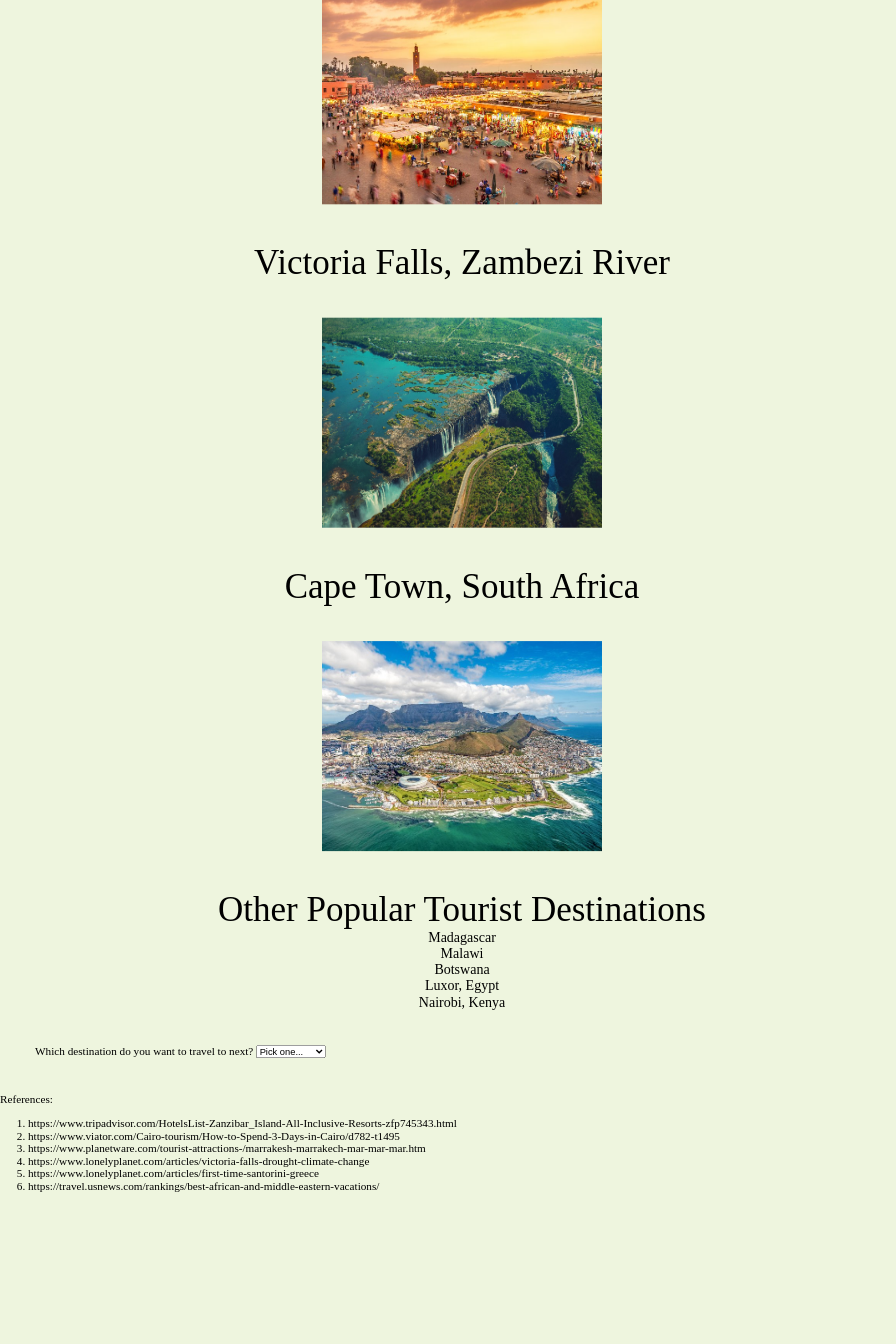
Repository: alharama/StaticWebsite
Page: af_page.html
These files come from the project's save history. The page is drawn as it stood at one moment and after the next save; the edit follows.
The browser window is 1280 px wide. The pictures show the part of the page from y = 1757 to 3677 px (the page is 3677 px tall), at 70% of full size.

Above is the page before, as saved 2021-09-30 00:46:12.

### af_page.html
<!DOCTYPE html>
<html>
<head>

    <link rel = "stylesheet" type="text/css" href="StyleSheet.css">;
    <link rel="icon" href="World.ico">;

    <title> Africa</title>

    <style>


        #af {
            display: block;
            margin-left: auto;
            margin-right: auto;
            margin-top: 30px;
            width: auto;
            height: 300px;

        }
    </style>

</head>

    <header>
        Africa


        <div id="languages">
            <span>Hello</span>
            <span>Bonjour</span>
            <span>Marhabaan</span>
            <span>Zdravstvuyte</span>
            <span>nǐ hǎo</span>
            <span>Salve</span>
            <span>Konnichiwa</span>
            <span>Guten Tag</span>
            <span>Goddag</span>
            <span>Shikamoo</span>
        </div>
    </header>

    <body>

        <nav class="top_nav">
            <ul id="top_nav">
                <li><a href="/index.html">Home</a></li>
                <li><a href="/na_page.html">North America</a></li>
                <li><a href="/sa_page.html">South America</a></li>
                <li><a href="/eu_page.html">Europe</a></li>
                <li><a href="/af_page.html">Africa</a></li>
                <li><a href="/as_page.html">Asia</a></li>
                <li><a href="/au_page.html">Australia</a></li>
                <li><a href="/ant_page.html">Antarctica</a></li>
            </ul>
        </nav>




        <img id="af" src="images/Africa.png" alt="Africa">
        <h1> Top Tourist Destinations in Africa</h1>


        <ul class = "tourist_spots">
            <li> Zanzibar, Tanzania </li>

            <span><img id="dest" src="images/Zanzibar.jpeg" alt="Zanzibar">  </span>
            <li> Cairo, Egypt </li>
            <span><img id = "dest" src="images/Cairo.jpeg" alt="Cairo">  </span>
            <li> Marrakesh, Morocco</li>
            <span><img id = "dest" src="images/Marrakesh.jpeg" alt = "Marrakesh">  </span>
            <li> Victoria Falls, Zambezi River</li>
            <span><img id = "dest" src="images/Victoria.jpeg" alt="Victoria Falls">  </span>
            <li> Cape Town, South Africa</li>
            <span><img id="dest" src="images/CapeTown.jpeg" alt="Cape Town">  </span>

            <div class = "extra_destinations">
                <span id="other_dest_header"> Other Popular Tourist Destinations</span>
                <li>  Madagascar</li>
                <li> Malawi</li>
                <li> Botswana</li>
                <li> Luxor, Egypt</li>
                <li> Nairobi, Kenya</li>
            </div>

        </ul>

        <div id="survey">

            Which destination do you want to travel to next?
            <select>
                <option>Pick one...</option>
                <option>Zanzibar</option>
                <option>Cairo</option>
                <option>Marrakesh</option>
                <option>Victoria Falls</option>
                <option>Cape Town</option>
                <option>Madagascar</option>
                <option>Malawi</option>
            </select>

        </div>

    </body>


    <footer>

        References:

        <ol>
            <li>https://www.tripadvisor.com/HotelsList-Zanzibar_Island-All-Inclusive-Resorts-zfp745343.html</li>
            <li>https://www.viator.com/Cairo-tourism/How-to-Spend-3-Days-in-Cairo/d782-t1495</li>
            <li>https://www.planetware.com/tourist-attractions-/marrakesh-marrakech-mar-mar-mar.htm</li>
            <li>https://www.lonelyplanet.com/articles/victoria-falls-drought-climate-change</li>
            <li>https://www.lonelyplanet.com/articles/first-time-santorini-greece</li>
            <li>https://travel.usnews.com/rankings/best-african-and-middle-eastern-vacations/</li>
        </ol>

    </footer>


</html>

### StyleSheet.css

 @import url('https://fonts.googleapis.com/css2?family=Kaushan+Script&display=swap');



 header {
    text-align: center;
    padding: 5px;
    font-family: 'Kaushan Script', cursive;
    font-size: 100px;
    border-bottom: 1px solid;

}

body{
    background: rgb(238, 245, 222);
    margin: 0px;
    padding-bottom: 200px;
}

.top_nav {
    width: 100%;
    font-size: 40px;
    text-align: center;
    color: red;

}

.top_nav ul {
    margin: 0px;
    color: blue;
}

.top_nav li {
    display: inline-block;

}

.top_nav a {
    text-decoration:underline;
    color: rgb(175, 52, 52);

}

.top_nav a:hover {
    background-color: lightgray;
}


#languages{

    display: flex;
    font-size: 20px;
    justify-content:space-around;
}



 h1 {
    text-align: center;
    font-family: 'Kaushan Script', cursive;
}

.tourist_spots {
    text-align: center;
}
.tourist_spots li {
    list-style: none;
    text-align: center;
    font-size: 50px;

}


#dest {
    width: 400px;
    height: 300px;
    padding: 50px;
}

#other_dest_header {
    font-size: 50px;
}
.extra_destinations li{
    font-size: 20px;
}

#survey {
    margin: 50px;
}

After the next save:
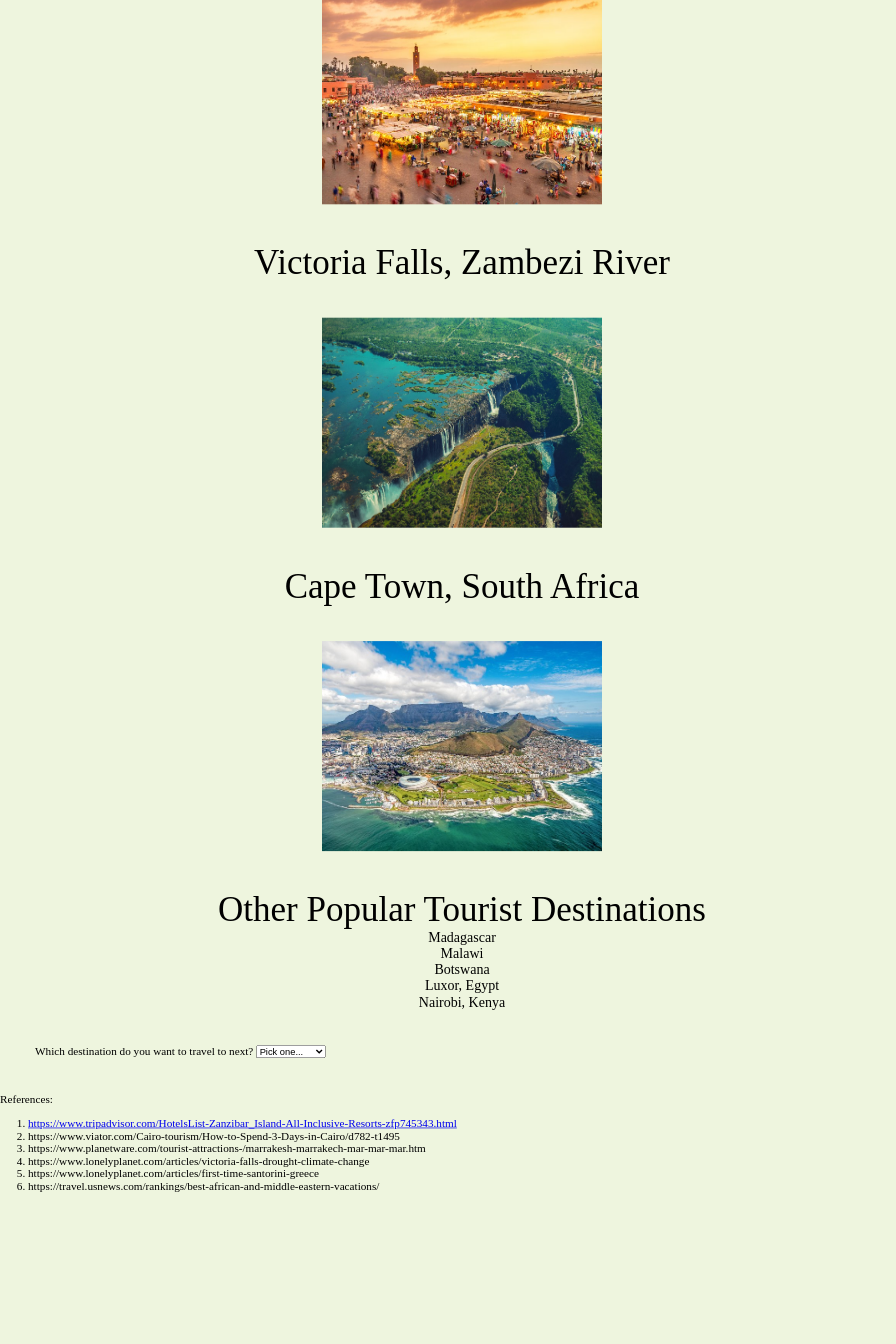
Saved 13 s later.
--- a/af_page.html
+++ b/af_page.html
@@ -111,7 +111,7 @@
         References:
 
         <ol>
-            <li>https://www.tripadvisor.com/HotelsList-Zanzibar_Island-All-Inclusive-Resorts-zfp745343.html</li>
+            <li><a href="https://www.tripadvisor.com/HotelsList-Zanzibar_Island-All-Inclusive-Resorts-zfp745343.html">https://www.tripadvisor.com/HotelsList-Zanzibar_Island-All-Inclusive-Resorts-zfp745343.html</a></li>
             <li>https://www.viator.com/Cairo-tourism/How-to-Spend-3-Days-in-Cairo/d782-t1495</li>
             <li>https://www.planetware.com/tourist-attractions-/marrakesh-marrakech-mar-mar-mar.htm</li>
             <li>https://www.lonelyplanet.com/articles/victoria-falls-drought-climate-change</li>
